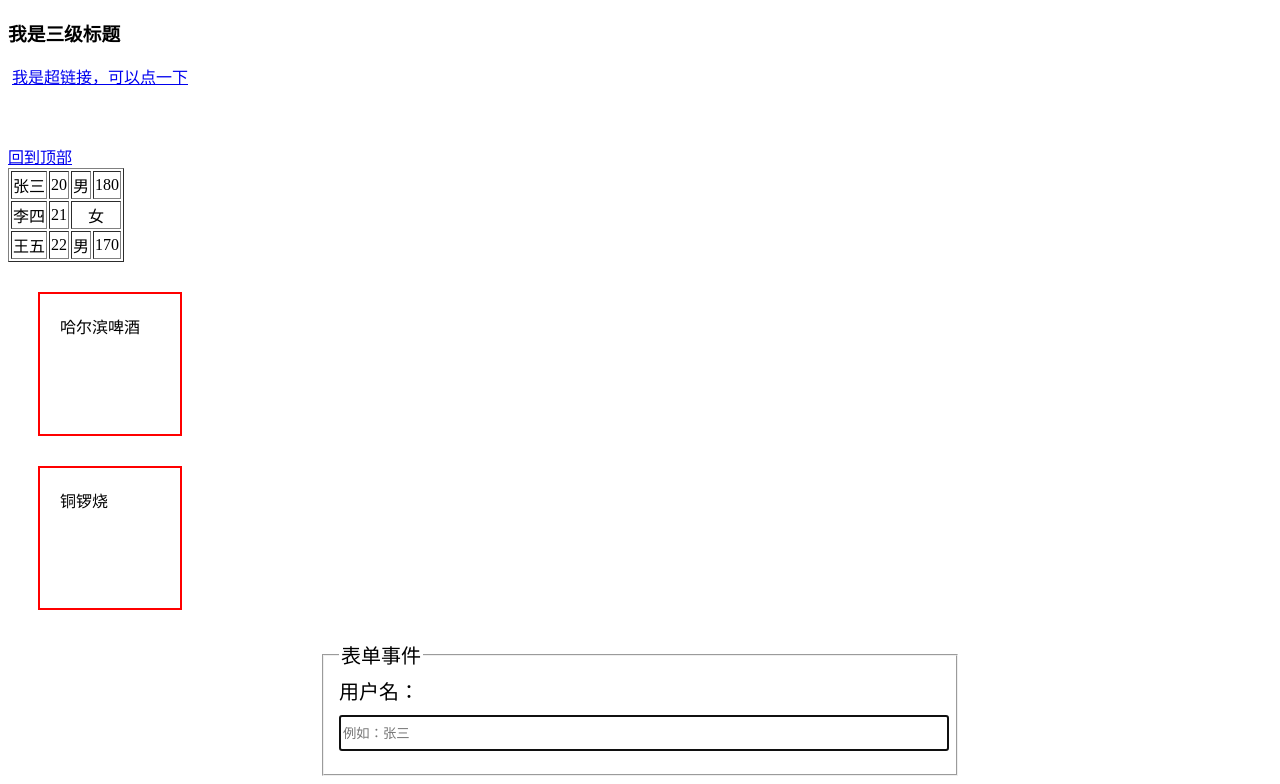
Repository: wyhzglgithub/mygitremote
Page: test.html
The author's editor kept a copy of each file at every save. The page is drawn from the files as they stood at one save, then again after the next save.
The browser window is 1280 px wide. The pictures show the whole page.

Above is the page before, as saved 2021-10-11 13:45:24.

### test.html
<!DOCTYPE html>
<html lang="en">
<head>
    <meta charset="UTF-8">
    <meta http-equiv="X-UA-Compatible" content="IE=edge">
    <meta name="viewport" content="width=device-width, initial-scale=1.0">
    <title>Document</title>

    <style type="text/css">
        div{
            width: 100px;
            height: 100px;
            border: 2px solid red;
            padding: 20px;
            margin: 30px;
        }

        form{
           width: 100%;
           max-width: 640px;
           min-width: 320px;
           margin: 0 auto;
           font-family: "Microsoft Yahei";
           font-size: 20px;
        }

        input{
            display: block;
            width: 100%;
            height: 30px;
            margin: 10px 0;
        }

    </style>
</head>
<body>
    <h3>我是三级标题</h3>
    <img src="" alt="" />
    <a name="name1" href="https://www.baidu.com" title="悬停文本">我是超链接，可以点一下</a>
    <pre>

    </pre>
    <a href="#name1">回到顶部</a>

    <table border="1">
        <tr>
            <td>张三</td>
            <td>20</td>
            <td>男</td>
            <td>180</td>
        </tr>
        <tr>
            <td>李四</td>
            <td>21</td>
            <td colspan="2" align="center">女</td>
        </tr>
        <tr>
            <td>王五</td>
            <td>22</td>
            <td>男</td>
            <td>170</td>
        </tr>
    </table>

    <div>哈尔滨啤酒</div>
    <div>铜锣烧</div>

    <form action="">
        <fieldset>
            <legend>表单事件</legend>
            <label for="">
                用户名：<input type="text" placeholder="例如：张三" autofocus name="userName" autocomplete="on" required />
            </label>

        </fieldset>
    </form>


</body>
</html>

After the next save:
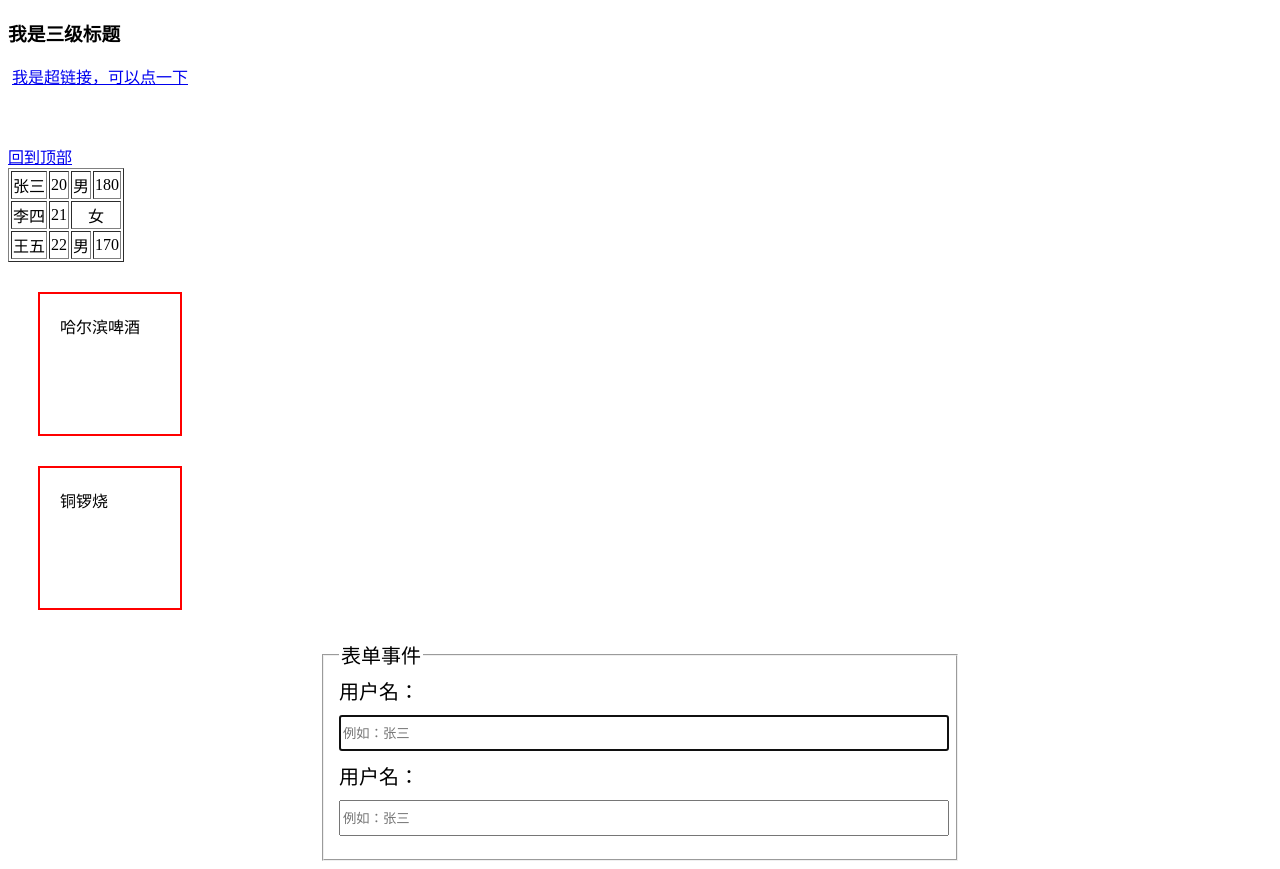
Saved 21 s later.
--- a/test.html
+++ b/test.html
@@ -71,7 +71,9 @@
             <label for="">
                 用户名：<input type="text" placeholder="例如：张三" autofocus name="userName" autocomplete="on" required />
             </label>
-
+            <label for="">
+                用户名：<input type="text" placeholder="例如：张三" autofocus name="userName" autocomplete="on" required />
+            </label>
         </fieldset>
     </form>
 
